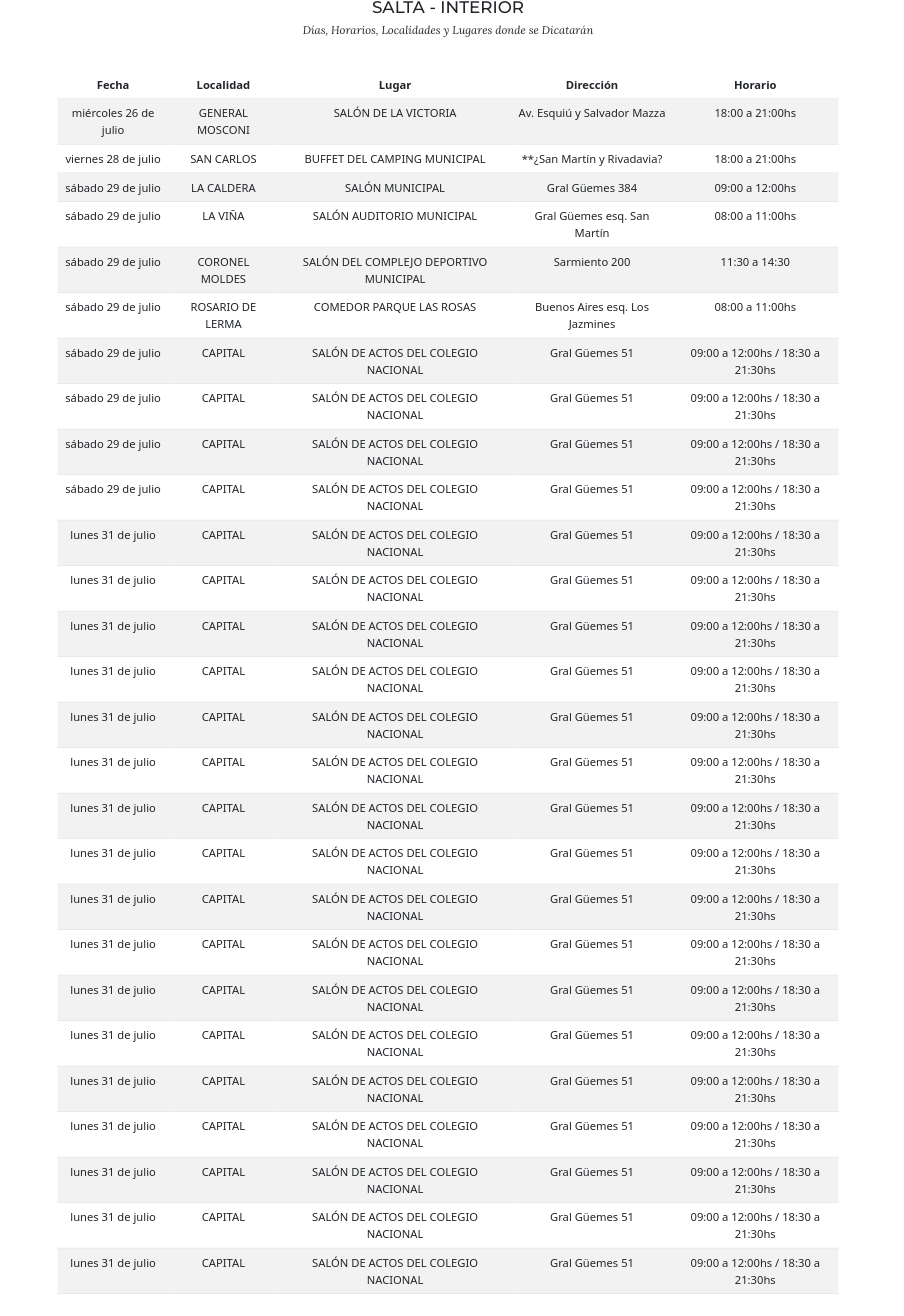
Repository: AlejandroJesusSerrano/capacitacion_electoral
Page: index.html
The author's editor kept a copy of each file at every save. The page is drawn from the files as they stood at one save, then again after the next save.
The browser window is 1280 px wide. The page is 1292 px wide, so the pictures cover 1292 px, including what lies to the right of the window. The pictures show the part of the page from y = 842 to 2722 px (the page is 2722 px tall before and 2698 px after), at 70% of full size.
Some web fonts or font styles are not loaded; a fallback is used.

Above is the page before, as saved 2023-07-16 13:20:39.

After the next save:
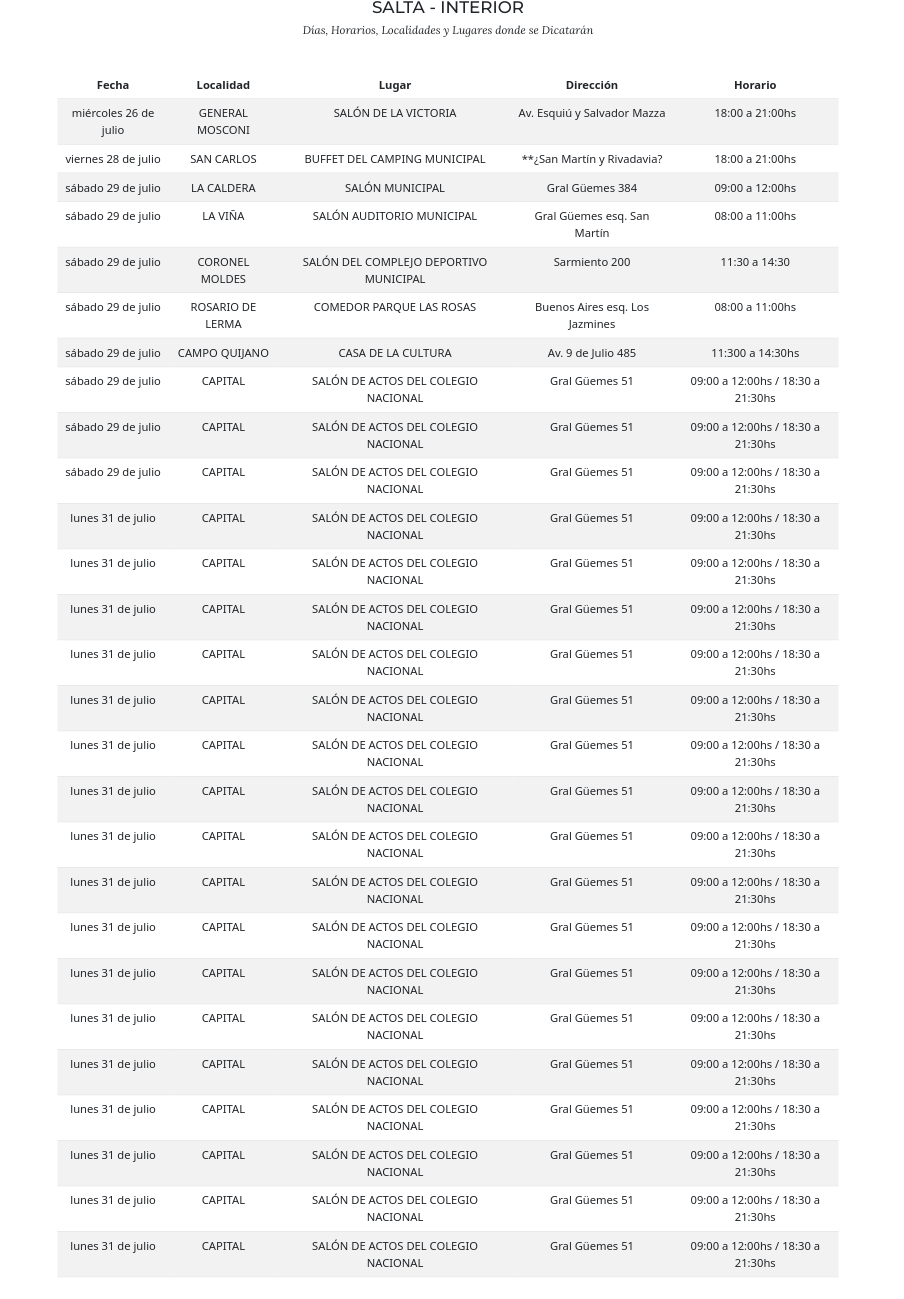
Saved 93 s later.
--- a/index.html
+++ b/index.html
@@ -155,10 +155,10 @@
 
               <tr>
                 <td>sábado 29 de julio</td>
-                <td>CAPITAL</td>
-                <td>SALÓN DE ACTOS DEL COLEGIO NACIONAL</td>
-                <td>Gral Güemes 51</td>
-                <td>09:00 a 12:00hs / 18:30 a 21:30hs</td>
+                <td>CAMPO QUIJANO</td>
+                <td>CASA DE LA CULTURA</td>
+                <td>Av. 9 de Julio 485</td>
+                <td>11:300 a 14:30hs</td>
               </tr>
 
               <tr>
